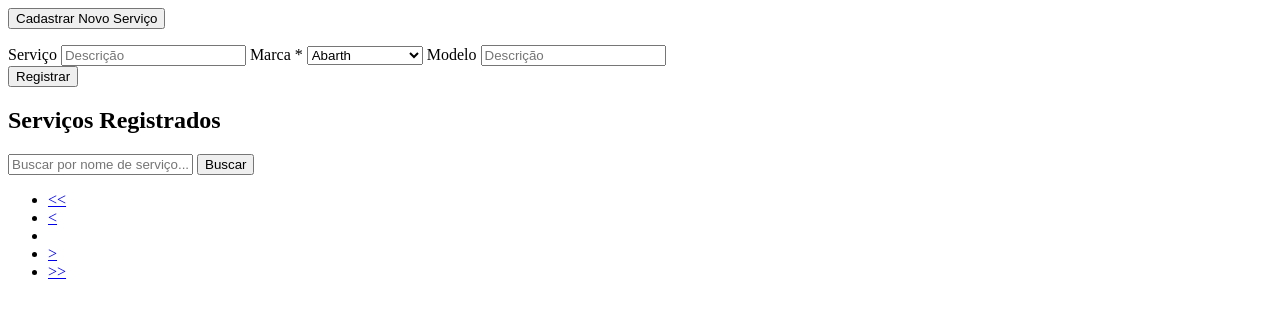
Repository: DanielGMT/AutoCenter-2.0
Page: http://localhost/Biblioteca/resources/admin/autor/content.jsp
These files come from the project's save history. The page is drawn as it stood at one moment and after the next save; the edit follows.
The browser window is 1280 px wide. The pictures show the whole page.
The page is served by Tomcat 9.

Above is the page before, as saved 2022-03-08 20:04:47.
Console error: ReferenceError: SENAI is not defined

After the next save:
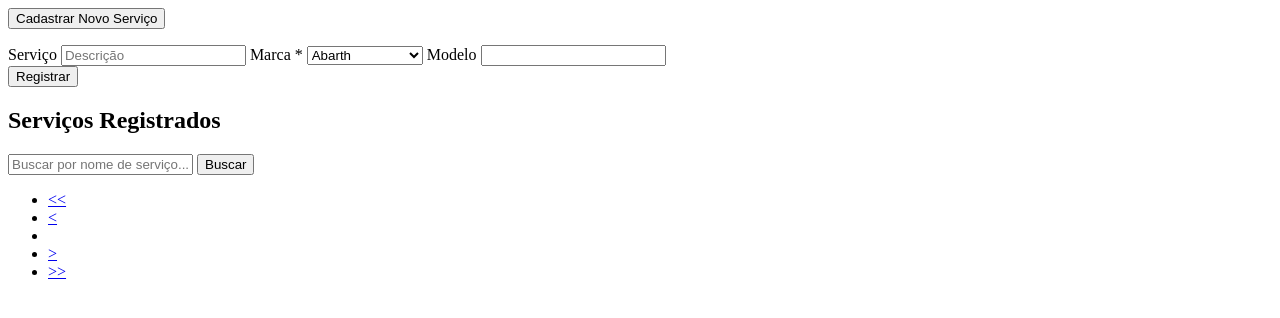
Saved 15 s later.
--- a/Biblioteca/WebContent/resources/admin/autor/content.jsp
+++ b/Biblioteca/WebContent/resources/admin/autor/content.jsp
@@ -64,7 +64,7 @@
 				<option value="Volvo">Volvo</option>
 			</select>
 		<label for="exampleInputEmail1">Modelo</label> <input
-				class="form-control" id="inputname" placeholder="Descrição">
+				class="form-control" id="inputname">
 		</div>
 		<div id="entrar">
 			<button type="button" id="add-new"
